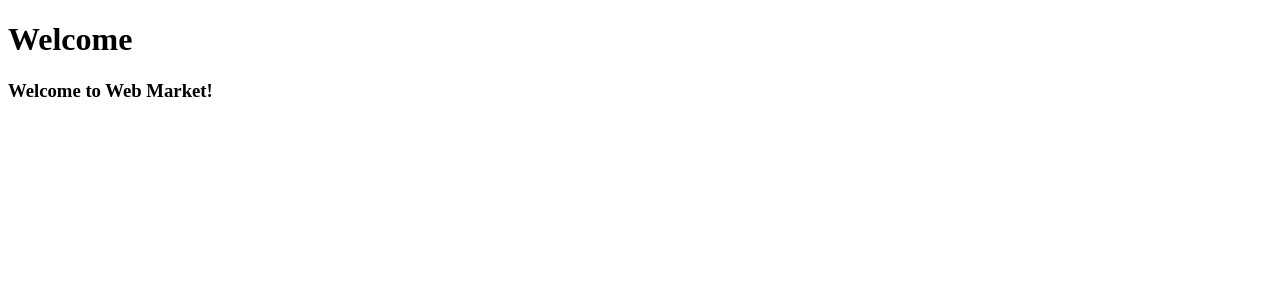
Repository: MegiLove/jspStudy
Page: http://localhost/day1210/welcome.jsp
These files come from the project's save history. The page is drawn as it stood at one moment and after the next save; the edit follows.
The browser window is 1280 px wide. The pictures show the whole page.
The page is served by Tomcat 9. Other server files are loaded and not shown.

Above is the page before, as saved 2021-12-10 07:28:31.

### day1210/src/main/webapp/welcome.jsp
<%@ page language="java" contentType="text/html; charset=EUC-KR"
    pageEncoding="EUC-KR"%>
<!DOCTYPE html>
<html>
<head>
<meta charset="EUC-KR">
<title>Insert title here</title>
</head>
<body>
<%!
	String greeting="Welcome";
	String tagline="Welcome to Web Market!";
%>

<h1><%=greeting %></h1>
<h3><%=tagline %></h3>
</body>
</html>

After the next save:
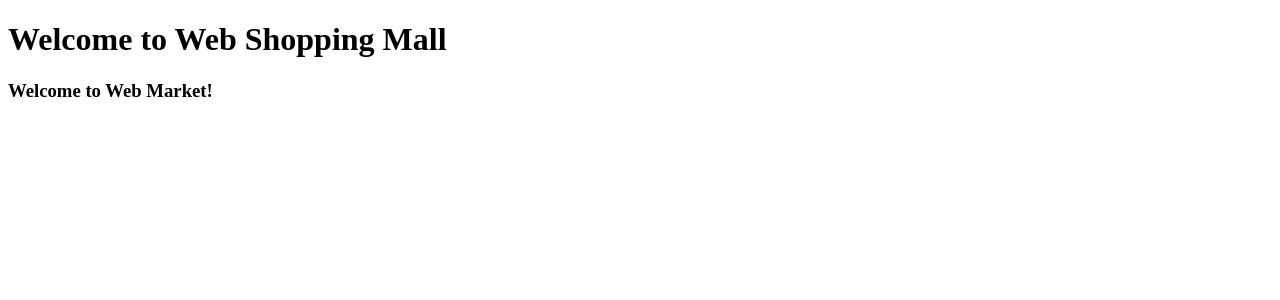
Saved 14 s later.
--- a/day1210/src/main/webapp/welcome.jsp
+++ b/day1210/src/main/webapp/welcome.jsp
@@ -8,7 +8,7 @@
 </head>
 <body>
 <%!
-	String greeting="Welcome";
+	String greeting="Welcome to Web Shopping Mall";
 	String tagline="Welcome to Web Market!";
 %>
 
